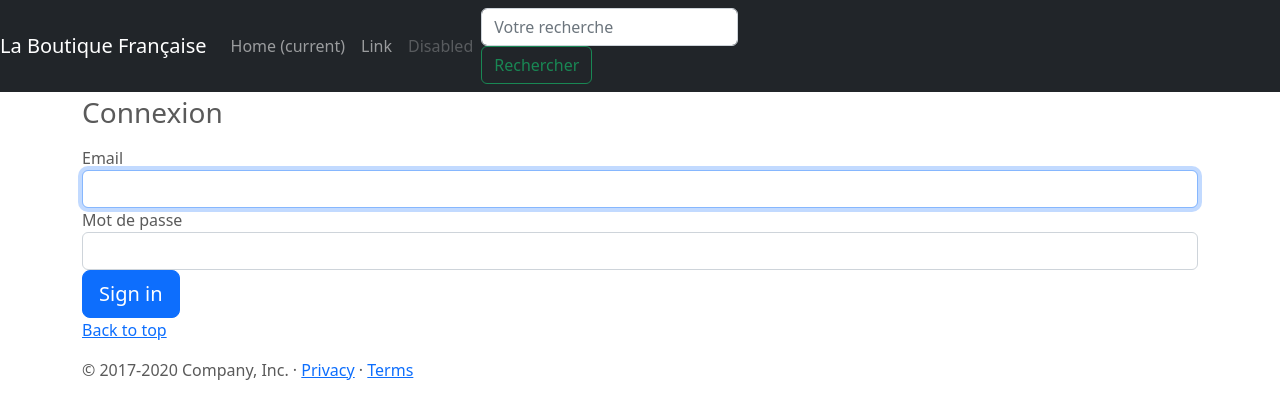
Repository: Coulibaly00180/laboutiquefrancaise
Page: templates/security/login.html.twig
The author's editor kept a copy of each file at every save. The page is drawn from the files as they stood at one save, then again after the next save.
The browser window is 1280 px wide. The pictures show the whole page.
The page is a Twig template of a Symfony application; nobody is signed in and links lead nowhere. The template is opened directly, without the code that normally fills it, so the values that code supplies are empty.

Above is the page before, as saved 2023-03-01 16:34:53.

### templates/security/login.html.twig
{% extends 'base.html.twig' %}

{% block title %}Se connecter - La Boutique Française{% endblock %}

{% block content %}
<form method="post">
    {% if error %}
        <div class="alert alert-danger">{{ error.messageKey|trans(error.messageData, 'security') }}</div>
    {% endif %}

    {% if app.user %}
        <div class="mb-3">
            You are logged in as {{ app.user.userIdentifier }}, <a href="{{ path('app_logout') }}">Logout</a>
        </div>
    {% endif %}

    <h1 class="h3 mb-3 font-weight-normal">Connexion</h1>
    <label for="inputEmail">Email</label>
    <input type="email" value="{{ last_username }}" name="email" id="inputEmail" class="form-control" autocomplete="email" required autofocus>
    <label for="inputPassword">Mot de passe</label>
    <input type="password" name="password" id="inputPassword" class="form-control" autocomplete="current-password" required>

    <input type="hidden" name="_csrf_token"
           value="{{ csrf_token('authenticate') }}"
    >

    {#
        Uncomment this section and add a remember_me option below your firewall to activate remember me functionality.
        See https://symfony.com/doc/current/security/remember_me.html

        <div class="checkbox mb-3">
            <label>
                <input type="checkbox" name="_remember_me"> Remember me
            </label>
        </div>
    #}

    <button class="btn btn-lg btn-primary" type="submit">
        Sign in
    </button>
</form>
{% endblock %}

### templates/base.html.twig
<!doctype html>
<html lang="fr">
<head>
    <meta charset="utf-8">
    <meta name="viewport" content="width=device-width, initial-scale=1, shrink-to-fit=no">
    <meta name="description" content="">
    <meta name="author" content="Coulibaly Abdoulaye Christian">
    <meta name="generator" content="Jekyll v4.1.1">
    <title>{% block title %}La Boutique Française - 100% Made in French{% endblock %}</title>

    <!-- Bootstrap core CSS -->
    <link href="{{ asset('assets/css/bootstrap.min.css') }}" rel="stylesheet">

    <style>
        .bd-placeholder-img {
            font-size: 1.125rem;
            text-anchor: middle;
            -webkit-user-select: none;
            -moz-user-select: none;
            -ms-user-select: none;
            user-select: none;
        }

        @media (min-width: 768px) {
            .bd-placeholder-img-lg {
                font-size: 3.5rem;
            }
        }
    </style>
    <!-- Custom styles for this template -->
    <link href="{{ asset('assets/css/carousel.css') }}" rel="stylesheet">
</head>
<body>
    <header>
        <nav class="navbar navbar-expand-md navbar-dark fixed-top bg-dark">
            <a class="navbar-brand" href="#">La Boutique Française</a>
            <button class="navbar-toggler" type="button" data-toggle="collapse" data-target="#navbarCollapse" aria-controls="navbarCollapse" aria-expanded="false" aria-label="Toggle navigation">
                <span class="navbar-toggler-icon"></span>
            </button>
            <div class="collapse navbar-collapse" id="navbarCollapse">
                <ul class="navbar-nav mr-auto">
                    <li class="nav-item active">
                        <a class="nav-link" href="#">Home <span class="sr-only">(current)</span></a>
                    </li>
                    <li class="nav-item">
                        <a class="nav-link" href="#">Link</a>
                    </li>
                    <li class="nav-item">
                        <a class="nav-link disabled" href="#" tabindex="-1" aria-disabled="true">Disabled</a>
                    </li>
                </ul>
                <form class="form-inline mt-2 mt-md-0">
                    <input class="form-control mr-sm-2" type="text" placeholder="Votre recherche" aria-label="Search">
                    <button class="btn btn-outline-success my-2 my-sm-0" type="submit">Rechercher</button>
                </form>
            </div>
        </nav>
    </header>

    <main role="main">

        {% if block('carousel') is defined %}

        <div id="myCarousel" class="carousel slide" data-ride="carousel">
            <ol class="carousel-indicators">
                <li data-target="#myCarousel" data-slide-to="0" class="active"></li>
                <li data-target="#myCarousel" data-slide-to="1"></li>
                <li data-target="#myCarousel" data-slide-to="2"></li>
            </ol>
            <div class="carousel-inner">
                <div class="carousel-item active">
                    <svg class="bd-placeholder-img" width="100%" height="100%" xmlns="http://www.w3.org/2000/svg" preserveAspectRatio="xMidYMid slice" focusable="false" role="img"><rect width="100%" height="100%" fill="#777"/></svg>
                    <div class="container">
                        <div class="carousel-caption text-left">
                            <h1>Example headline.</h1>
                            <p>Cras justo odio, dapibus ac facilisis in, egestas eget quam. Donec id elit non mi porta gravida at eget metus. Nullam id dolor id nibh ultricies vehicula ut id elit.</p>
                            <p><a class="btn btn-lg btn-primary" href="#" role="button">Sign up today</a></p>
                        </div>
                    </div>
                </div>
                <div class="carousel-item">
                    <svg class="bd-placeholder-img" width="100%" height="100%" xmlns="http://www.w3.org/2000/svg" preserveAspectRatio="xMidYMid slice" focusable="false" role="img"><rect width="100%" height="100%" fill="#777"/></svg>
                    <div class="container">
                        <div class="carousel-caption">
                            <h1>Another example headline.</h1>
                            <p>Cras justo odio, dapibus ac facilisis in, egestas eget quam. Donec id elit non mi porta gravida at eget metus. Nullam id dolor id nibh ultricies vehicula ut id elit.</p>
                            <p><a class="btn btn-lg btn-primary" href="#" role="button">Learn more</a></p>
                        </div>
                    </div>
                </div>
                <div class="carousel-item">
                    <svg class="bd-placeholder-img" width="100%" height="100%" xmlns="http://www.w3.org/2000/svg" preserveAspectRatio="xMidYMid slice" focusable="false" role="img"><rect width="100%" height="100%" fill="#777"/></svg>
                    <div class="container">
                        <div class="carousel-caption text-right">
                            <h1>One more for good measure.</h1>
                            <p>Cras justo odio, dapibus ac facilisis in, egestas eget quam. Donec id elit non mi porta gravida at eget metus. Nullam id dolor id nibh ultricies vehicula ut id elit.</p>
                            <p><a class="btn btn-lg btn-primary" href="#" role="button">Browse gallery</a></p>
                        </div>
                    </div>
                </div>
            </div>
            <a class="carousel-control-prev" href="#myCarousel" role="button" data-slide="prev">
                <span class="carousel-control-prev-icon" aria-hidden="true"></span>
                <span class="sr-only">Previous</span>
            </a>
            <a class="carousel-control-next" href="#myCarousel" role="button" data-slide="next">
                <span class="carousel-control-next-icon" aria-hidden="true"></span>
                <span class="sr-only">Next</span>
            </a>
        </div>

        {% endif %}


        <!-- Marketing messaging and featurettes
        ================================================== -->
        <!-- Wrap the rest of the page in another container to center all the content. -->

        <div class="container marketing {% if block('carousel') is not defined %} mt-5 {% endif %}">

            {% block content %}

            {% endblock %}

        </div><!-- /.container -->

        <!-- FOOTER -->
        <footer class="container">
            <p class="float-right"><a href="#">Back to top</a></p>
            <p>&copy; 2017-2020 Company, Inc. &middot; <a href="#">Privacy</a> &middot; <a href="#">Terms</a></p>
        </footer>
    </main>
    <script src="https://code.jquery.com/jquery-3.5.1.slim.min.js"></script>
    <script src="{{ asset('assets/js/bootstrap.bundle.js') }}"></script>
</body>
</html>

### public/assets/css/carousel.css
/* GLOBAL STYLES
-------------------------------------------------- */
/* Padding below the footer and lighter body text */

body {
    padding-top: 3rem;
    padding-bottom: 3rem;
    color: #5a5a5a;
}


/* CUSTOMIZE THE CAROUSEL
-------------------------------------------------- */

/* Carousel base class */
.carousel {
    margin-bottom: 4rem;
}
/* Since positioning the image, we need to help out the caption */
.carousel-caption {
    bottom: 3rem;
    z-index: 10;
}

/* Declare heights because of positioning of img element */
.carousel-item {
    height: 32rem;
}
.carousel-item > img {
    position: absolute;
    top: 0;
    left: 0;
    min-width: 100%;
    height: 32rem;
}


/* MARKETING CONTENT
-------------------------------------------------- */

/* Center align the text within the three columns below the carousel */
.marketing .col-lg-4 {
    margin-bottom: 1.5rem;
    text-align: center;
}
.marketing h2 {
    font-weight: 400;
}
.marketing .col-lg-4 p {
    margin-right: .75rem;
    margin-left: .75rem;
}


/* Featurettes
------------------------- */

.featurette-divider {
    margin: 5rem 0; /* Space out the Bootstrap <hr> more */
}

/* Thin out the marketing headings */
.featurette-heading {
    font-weight: 300;
    line-height: 1;
    letter-spacing: -.05rem;
}


/* RESPONSIVE CSS
-------------------------------------------------- */

@media (min-width: 40em) {
    /* Bump up size of carousel content */
    .carousel-caption p {
        margin-bottom: 1.25rem;
        font-size: 1.25rem;
        line-height: 1.4;
    }

    .featurette-heading {
        font-size: 50px;
    }
}

@media (min-width: 62em) {
    .featurette-heading {
        margin-top: 7rem;
    }
}

Loaded but not shown: public/assets/css/bootstrap.min.css (library); public/assets/js/bootstrap.bundle.js (library)

After the next save:
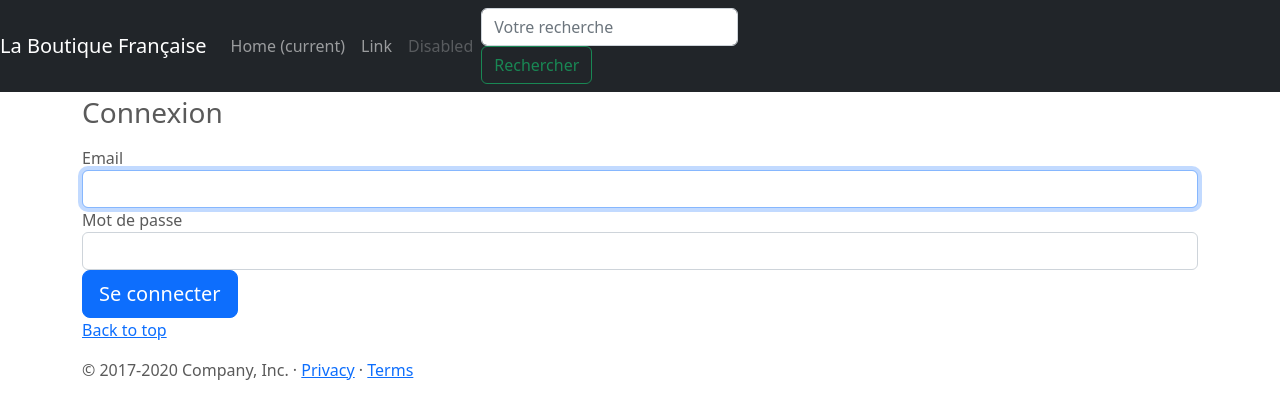
Saved 32 s later.
--- a/templates/security/login.html.twig
+++ b/templates/security/login.html.twig
@@ -36,7 +36,7 @@
     #}
 
     <button class="btn btn-lg btn-primary" type="submit">
-        Sign in
+        Se connecter
     </button>
 </form>
 {% endblock %}
